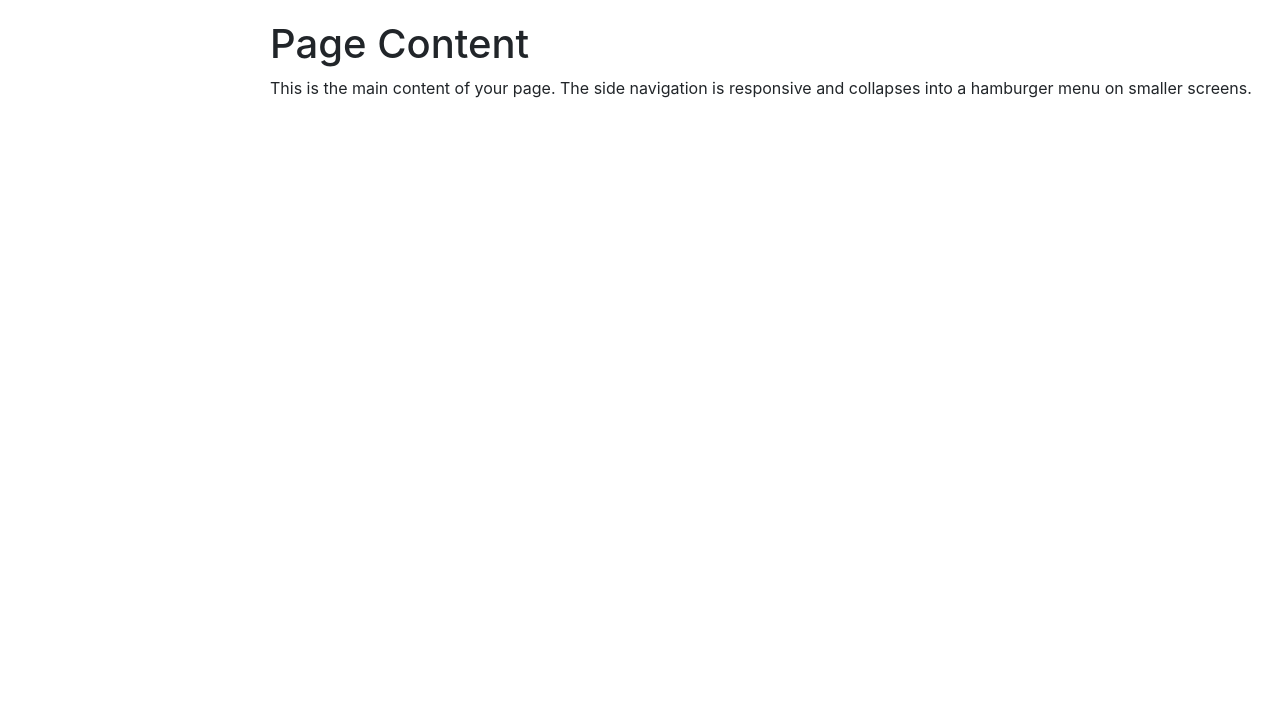
Repository: Darkrepo23/Ecommerce-Manalastas-project
Page: profile-settings.html
These files come from the project's save history. The page is drawn as it stood at one moment and after the next save; the edit follows.
The browser window is 1280 px wide. The pictures show the whole page.
Some web libraries are served in a nearby version.

Above is the page before, as saved 2026-01-04 08:55:09.

After the next save:
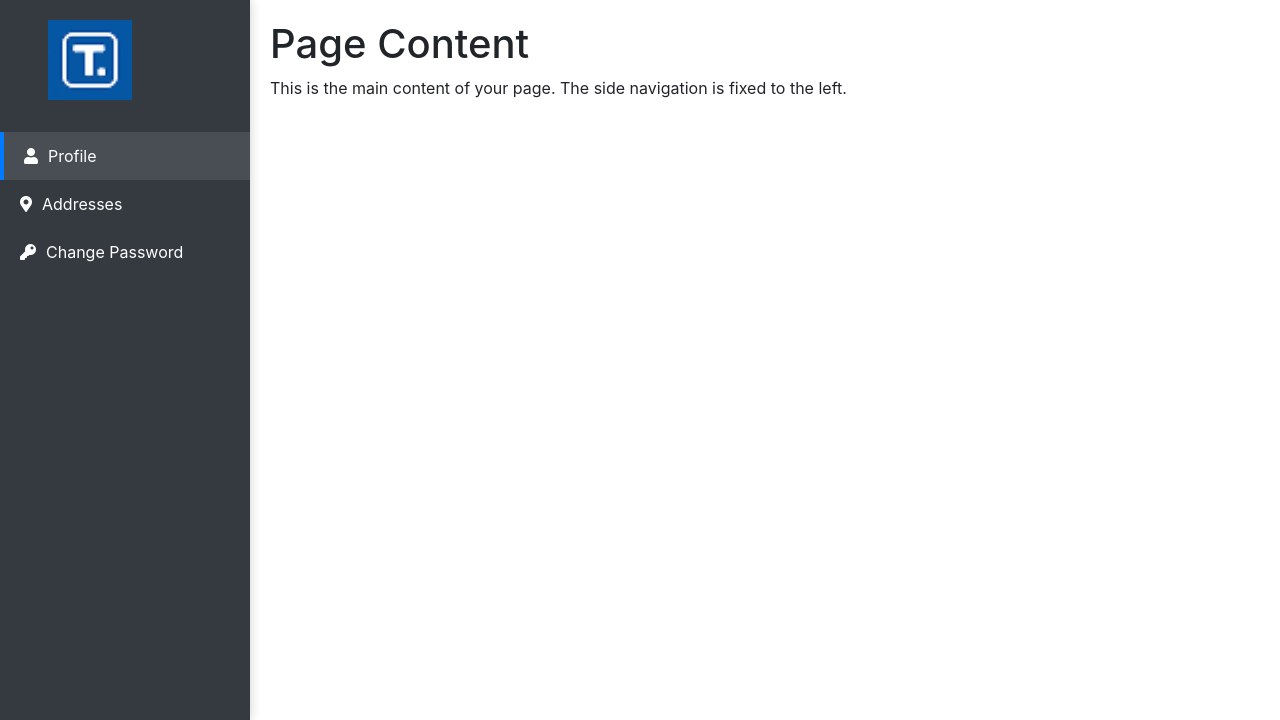
Saved 58 s later.
--- a/profile-settings.html
+++ b/profile-settings.html
@@ -18,23 +18,11 @@
   left: 0;
   background-color: #343a40; /* Dark background */
   color: white; /* White text */
-  padding-top: 0; /* Remove padding from the top */
+  padding-top: 20px;
   box-shadow: 0 0 10px rgba(0, 0, 0, 0.2); /* Add shadow */
-  transition: margin-left 0.3s ease; /* Smooth transition for collapse */
-  z-index: 1000; /* Ensure it's above other content */
   }
 
-  .sidebar .navbar-brand {
-  padding: 1rem;
-  }
-
-  .sidebar .navbar-brand img {
-  height: 5rem;
-  margin-left: 1rem; /* Adjust logo position */
-  margin-bottom: 1rem;
-  }
-
-  .sidebar .nav-link {
+  .sidebar a {
   padding: 12px 20px;
   text-decoration: none;
   font-size: 16px;
@@ -43,7 +31,7 @@
   transition: background-color 0.3s ease; /* Smooth transition */
   }
 
-  .sidebar .nav-link:hover {
+  .sidebar a:hover {
   background-color: rgba(255, 255, 255, 0.1); /* Lighter background on hover */
   }
 
@@ -55,7 +43,6 @@
   .content {
   margin-left: 250px; /* Same as sidebar width */
   padding: 20px;
-  transition: margin-left 0.3s ease; /* Smooth transition for collapse */
   }
 
   /* Add a top border to the active link */
@@ -64,80 +51,41 @@
   background-color: rgba(255, 255, 255, 0.1); /* Slightly lighter background */
   }
 
-  /* Collapsed sidebar styles */
-  @media (max-width: 767.98px) {
-  .sidebar {
-  margin-left: -250px; /* Hide the sidebar */
-  }
+  /* Remove collapsed sidebar styles */
+  /* @media (max-width: 767.98px) { */
+  /*  .sidebar { */
+  /*  margin-left: -250px; /* Hide the sidebar */
+  /*  } */
 
-  .content {
-  margin-left: 0; /* Remove the margin from the content */
-  }
+  /*  .content { */
+  /*  margin-left: 0; /* Remove the margin from the content */
+  /*  } */
 
-  .sidebar.show {
-  margin-left: 0; /* Show the sidebar */
-  }
-
-  /* Style the toggler button */
-  .navbar-toggler {
-  background-color: rgba(255, 255, 255, 0.1);
-  border: none;
-  }
-
-  .navbar-toggler-icon {
-  color: white;
-  }
-  }
-
-  /* Adjust navbar styles */
-  .navbar {
-  padding: 0;
-  }
+  /*  .sidebar.show { */
+  /*  margin-left: 0; /* Show the sidebar */
+  /*  } */
+  /* } */
   </style>
  </head>
  <body>
 
   <!-- Side Navigation -->
-  <nav class="navbar navbar-expand-md navbar-dark bg-dark fixed-top">
-  <button class="navbar-toggler" type="button" data-toggle="collapse" data-target="#navbarNav" aria-controls="navbarNav" aria-expanded="false" aria-label="Toggle navigation">
-  <span class="navbar-toggler-icon"></span>
-  </button>
-  </nav>
-
-  <div class="sidebar collapse navbar-collapse" id="navbarNav">
-  <a class="navbar-brand" href="#">
-  <img src="img/logo.png" class="" alt="">
-  </a>
-  <ul class="navbar-nav">
-  <li class="nav-item">
-  <a class="nav-link active" href="#"><i class="fas fa-user"></i>Profile</a>
-  </li>
-  <li class="nav-item">
-  <a class="nav-link" href="#"><i class="fas fa-map-marker-alt"></i>Addresses</a>
-  </li>
-  <li class="nav-item">
-  <a class="nav-link" href="#"><i class="fas fa-key"></i>Change Password</a>
-  </li>
-  </ul>
+  <div class="sidebar">
+  <img src="img/logo.png" class="" alt="" style="height: 5rem; margin-left: 3rem; margin-bottom: 2rem;">
+  <a href="#" class="active"><i class="fas fa-user"></i>Profile</a>
+  <a href="#"><i class="fas fa-map-marker-alt"></i>Addresses</a>
+  <a href="#"><i class="fas fa-key"></i>Change Password</a>
   </div>
 
   <!-- Page Content -->
   <div class="content">
   <h1>Page Content</h1>
-  <p>This is the main content of your page. The side navigation is responsive and collapses into a hamburger menu on smaller screens.</p>
+  <p>This is the main content of your page. The side navigation is fixed to the left.</p>
   </div>
 
   <!-- Bootstrap JS and Popper.js (optional, but might be needed for other components) -->
   <script src="https://code.jquery.com/jquery-3.5.1.slim.min.js"></script>
   <script src="https://cdn.jsdelivr.net/npm/@popperjs/core@2.5.3/dist/umd/popper.min.js"></script>
   <script src="https://stackpath.bootstrapcdn.com/bootstrap/4.5.2/js/bootstrap.min.js"></script>
-
-  <script>
-  $(document).ready(function() {
-  $('.navbar-toggler').on('click', function() {
-  $('.sidebar').toggleClass('show');
-  });
-  });
-  </script>
  </body>
  </html>

After the save that followed:
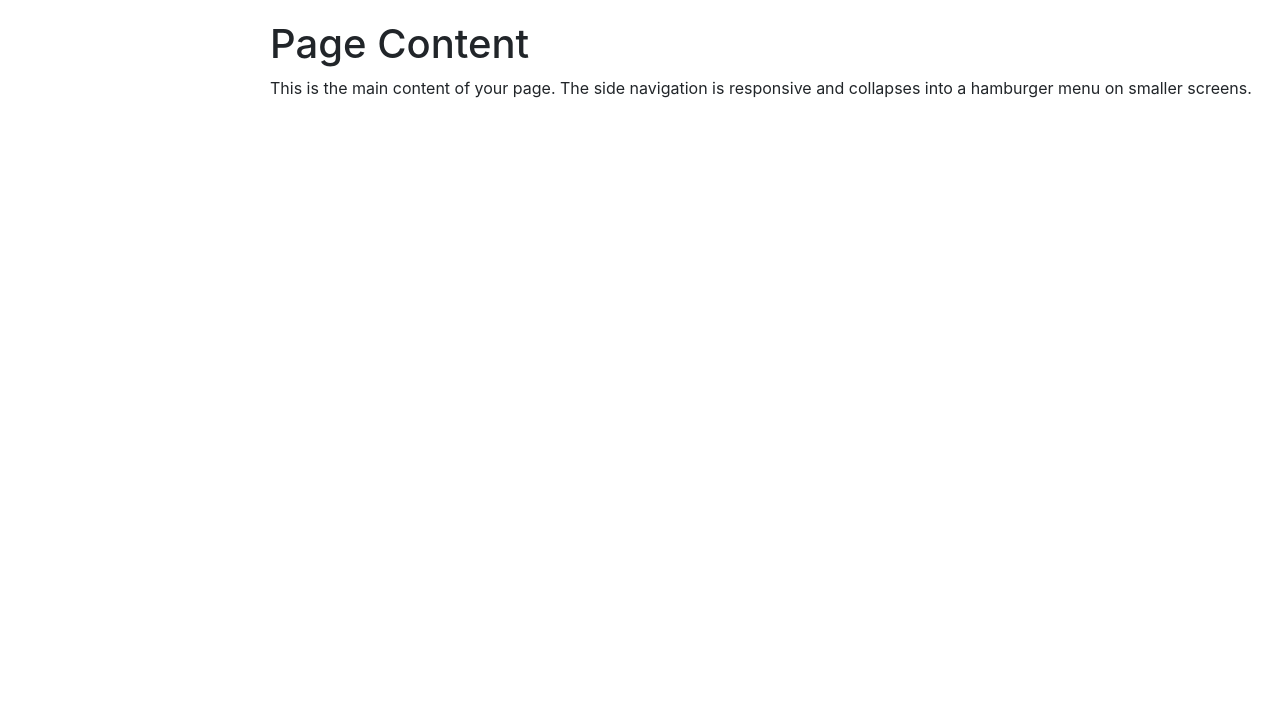
Saved 2 min 42 s later.
--- a/profile-settings.html
+++ b/profile-settings.html
@@ -18,11 +18,23 @@
   left: 0;
   background-color: #343a40; /* Dark background */
   color: white; /* White text */
-  padding-top: 20px;
+  padding-top: 0; /* Remove padding from the top */
   box-shadow: 0 0 10px rgba(0, 0, 0, 0.2); /* Add shadow */
+  transition: margin-left 0.3s ease; /* Smooth transition for collapse */
+  z-index: 1000; /* Ensure it's above other content */
   }
 
-  .sidebar a {
+  .sidebar .navbar-brand {
+  padding: 1rem;
+  }
+
+  .sidebar .navbar-brand img {
+  height: 5rem;
+  margin-left: 1rem; /* Adjust logo position */
+  margin-bottom: 1rem;
+  }
+
+  .sidebar .nav-link {
   padding: 12px 20px;
   text-decoration: none;
   font-size: 16px;
@@ -31,7 +43,7 @@
   transition: background-color 0.3s ease; /* Smooth transition */
   }
 
-  .sidebar a:hover {
+  .sidebar .nav-link:hover {
   background-color: rgba(255, 255, 255, 0.1); /* Lighter background on hover */
   }
 
@@ -43,6 +55,7 @@
   .content {
   margin-left: 250px; /* Same as sidebar width */
   padding: 20px;
+  transition: margin-left 0.3s ease; /* Smooth transition for collapse */
   }
 
   /* Add a top border to the active link */
@@ -51,41 +64,80 @@
   background-color: rgba(255, 255, 255, 0.1); /* Slightly lighter background */
   }
 
-  /* Remove collapsed sidebar styles */
-  /* @media (max-width: 767.98px) { */
-  /*  .sidebar { */
-  /*  margin-left: -250px; /* Hide the sidebar */
-  /*  } */
+  /* Collapsed sidebar styles */
+  @media (max-width: 767.98px) {
+  .sidebar {
+  margin-left: -250px; /* Hide the sidebar */
+  }
 
-  /*  .content { */
-  /*  margin-left: 0; /* Remove the margin from the content */
-  /*  } */
+  .content {
+  margin-left: 0; /* Remove the margin from the content */
+  }
 
-  /*  .sidebar.show { */
-  /*  margin-left: 0; /* Show the sidebar */
-  /*  } */
-  /* } */
+  .sidebar.show {
+  margin-left: 0; /* Show the sidebar */
+  }
+
+  /* Style the toggler button */
+  .navbar-toggler {
+  background-color: rgba(255, 255, 255, 0.1);
+  border: none;
+  }
+
+  .navbar-toggler-icon {
+  color: white;
+  }
+  }
+
+  /* Adjust navbar styles */
+  .navbar {
+  padding: 0;
+  }
   </style>
  </head>
  <body>
 
   <!-- Side Navigation -->
-  <div class="sidebar">
-  <img src="img/logo.png" class="" alt="" style="height: 5rem; margin-left: 3rem; margin-bottom: 2rem;">
-  <a href="#" class="active"><i class="fas fa-user"></i>Profile</a>
-  <a href="#"><i class="fas fa-map-marker-alt"></i>Addresses</a>
-  <a href="#"><i class="fas fa-key"></i>Change Password</a>
+  <nav class="navbar navbar-expand-md navbar-dark bg-dark fixed-top">
+  <button class="navbar-toggler" type="button" data-toggle="collapse" data-target="#navbarNav" aria-controls="navbarNav" aria-expanded="false" aria-label="Toggle navigation">
+  <span class="navbar-toggler-icon"></span>
+  </button>
+  </nav>
+
+  <div class="sidebar collapse navbar-collapse" id="navbarNav">
+  <a class="navbar-brand" href="#">
+  <img src="img/logo.png" class="" alt="">
+  </a>
+  <ul class="navbar-nav">
+  <li class="nav-item">
+  <a class="nav-link active" href="#"><i class="fas fa-user"></i>Profile</a>
+  </li>
+  <li class="nav-item">
+  <a class="nav-link" href="#"><i class="fas fa-map-marker-alt"></i>Addresses</a>
+  </li>
+  <li class="nav-item">
+  <a class="nav-link" href="#"><i class="fas fa-key"></i>Change Password</a>
+  </li>
+  </ul>
   </div>
 
   <!-- Page Content -->
   <div class="content">
   <h1>Page Content</h1>
-  <p>This is the main content of your page. The side navigation is fixed to the left.</p>
+  <p>This is the main content of your page. The side navigation is responsive and collapses into a hamburger menu on smaller screens.</p>
   </div>
 
   <!-- Bootstrap JS and Popper.js (optional, but might be needed for other components) -->
   <script src="https://code.jquery.com/jquery-3.5.1.slim.min.js"></script>
   <script src="https://cdn.jsdelivr.net/npm/@popperjs/core@2.5.3/dist/umd/popper.min.js"></script>
   <script src="https://stackpath.bootstrapcdn.com/bootstrap/4.5.2/js/bootstrap.min.js"></script>
+
+  <script>
+  $(document).ready(function() {
+  $('.navbar-toggler').on('click', function() {
+  $('.sidebar').toggleClass('show');
+  });
+  });
+  </script>
  </body>
  </html>
